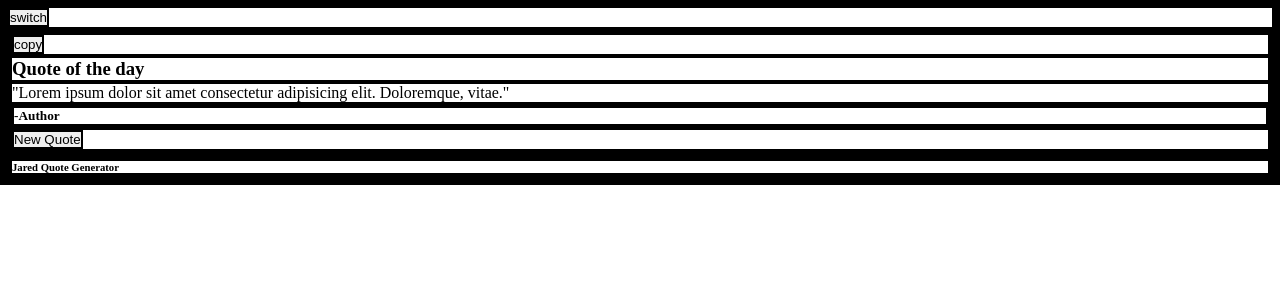
Repository: EguJaredoBoyd/Jared-Quote-Generator
Page: html/main.html
The author's editor kept a copy of each file at every save. The page is drawn from the files as they stood at one save, then again after the next save.
The browser window is 1280 px wide. The pictures show the whole page.

Above is the page before, as saved 2026-01-08 23:55:01.

### html/main.html
<!DOCTYPE html>
<html lang="en">
  <head>
    <meta charset="UTF-8" />
    <meta name="viewport" content="width=device-width, initial-scale=1.0" />
    <link rel="stylesheet" href="../css/style.css" />
    <script src="../js/main.js" defer></script>
    <title>Document</title>
  </head>
  <body>
    <div>
      <header>
        <button>switch</button>
      </header>
      <main>
        <div>
          <div>
            <button>copy</button>
          </div>
          <h3>Quote of the day</h3>
          <p>
            "Lorem ipsum dolor sit amet consectetur adipisicing elit.
            Doloremque, vitae."
          </p>
          <div>
            <h5>-Author</h5>
          </div>
          <div>
            <button>New Quote</button>
          </div>
        </div>
      </main>
      <footer>
        <div>
          <h6>Jared Quote Generator</h6>
        </div>
      </footer>
    </div>
  </body>
</html>

### css/style.css
* {
  margin: 0;
  padding: 0;
  border: 2px solid;
  box-sizing: border-box;
}

Loaded but not shown: js/main.js (no copy from this time; the picture is the same without it)

After the next save:
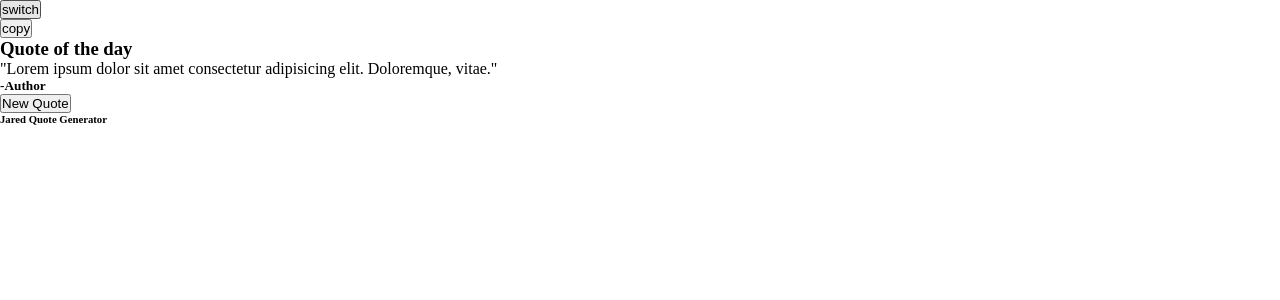
Saved 7 min 43 s later.
--- a/css/style.css
+++ b/css/style.css
@@ -1,6 +1,9 @@
 * {
   margin: 0;
   padding: 0;
-  border: 2px solid;
   box-sizing: border-box;
 }
+
+:root {
+  --background-color: #7b0d1e;
+}
